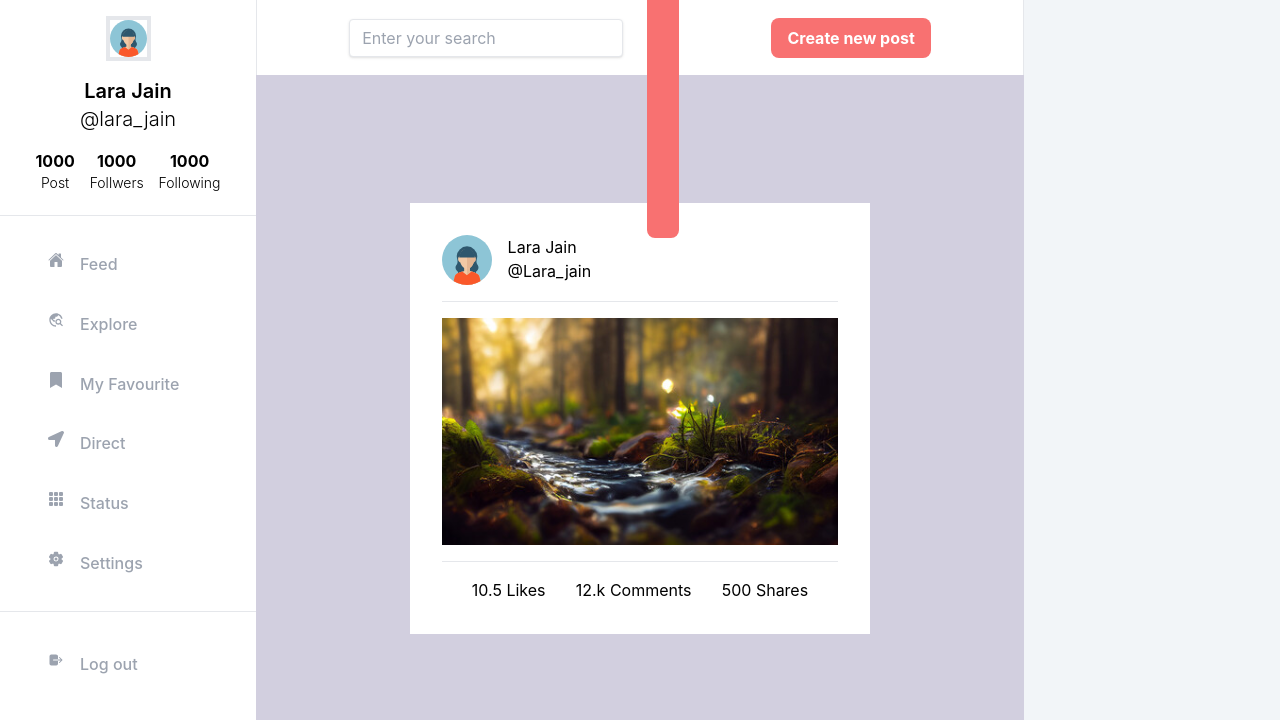
Repository: cosmicswati/upgrad-captions-project
Page: /
The author's editor kept a copy of each file at every save. The page is drawn from the files as they stood at one save, then again after the next save.
The browser window is 1280 px wide. The pictures show the whole page.
An inner scrolling area shows only its first screen. The project was rebuilt for these pictures with package versions that can differ from the ones it lists, and the page was loaded fresh each time. Also part of the build but not shown: src/modules/Home/data.js, src/modules/Authorization/Form.jsx, src/modules/Authorization/index.js.

Above is the page before, as saved 2024-04-12 11:04:28.

### src/index.css
@tailwind base;
@tailwind components;
@tailwind utilities;

body {
  margin: 0;
  font-family: -apple-system, BlinkMacSystemFont, 'Segoe UI', 'Roboto', 'Oxygen',
    'Ubuntu', 'Cantarell', 'Fira Sans', 'Droid Sans', 'Helvetica Neue',
    sans-serif;
  -webkit-font-smoothing: antialiased;
  -moz-osx-font-smoothing: grayscale;
}

code {
  font-family: source-code-pro, Menlo, Monaco, Consolas, 'Courier New',
    monospace;
}

.scrollbar-hide::-webkit-scrollbar{
  display: none;
}

### src/App.js
import React from 'react';
import Routes from './routes'
function App() {
  return (
    <div>
      {/* <Auth />  */}
      <Routes/>
    </div>
  );
}

export default App;

### src/routes/index.js
import React from 'react';
import Home from '../modules/Home';
import Form from '../modules/Authorization'
import { Navigate, Route, Routes as Router } from 'react-router-dom';


const PrivateRoute =({children}) => {
    const isUserLoggedIn = window.localStorage.getItem('user:token') || true
    const isFormPages = window.location.pathname.includes('account')

    if(isUserLoggedIn && !isFormPages){
        return children
    }else if (!isUserLoggedIn && isFormPages){
        return children
    }else{
        const redirectUrl = isUserLoggedIn ? '/' : '/account/signin'
       return <Navigate to={redirectUrl} replace/>
    }

}

const Routes = () => {
    const routes = [
         {
            id : 1,
           name : 'home',
           path : '/',
           Components : <Home/>
         },
         {
            id : 2,
           name : 'sign in',
           path : '/account/signin',
           Components : <Form/>
         },
         {
            id : 3,
           name : 'sign up',
           path : '/account/signup',
           Components : <Form/>
         },
    ]
  return (
    <Router>
        {
            routes.map(({id, name, path, Components}) => {
                return <Route key={id} path={path} element={<PrivateRoute>{Components}</PrivateRoute>} />
            })
        }
    </Router>
  );
};

export default Routes;

### src/modules/Home/index.js
import React from 'react'
import { ReactComponent as Avatar} from '../../assets/Avatar.svg'
import Input from '../../components/Input'
import Button from '../../components/Button'
import postImg from '../../assets/postImg.jpg'
import { IoHome } from "react-icons/io5";
import { MdOutlineTravelExplore } from "react-icons/md";
import { FaBookmark } from "react-icons/fa";
import { FaLocationArrow, FaSearch  } from "react-icons/fa";
import { BsFillGrid3X3GapFill } from "react-icons/bs";
import { IoSettings , IoLogOut} from "react-icons/io5";
import { stats, navigations } from './data'

const Home = () => {
  return (
    <div className='h-screen bg-[#d2cfdf]  flex overflow-hidden'>
        <div className='w-[20%] bg-white flex flex-col'>
            <div className='h-[30%] flex justify-center items-center border-b'>
                <div className='flex flex-col justify-center items-center'>
                    <Avatar width={'45px'} height={'45px'} className='border-4 rounded-fullp-2'/>
                    <div className='my-4 text-center'>
                         <h3 className='text-xl font-semibold'>Lara Jain</h3>
                         <p className='text-xl font-light'>@lara_jain</p>
                    </div>
                    <div className='h-[50px] flex justify-around w-[200px] text-center'>
                        {
                            stats.map(({id, name, stats}) => {
                                return(
                                <div key={id}>
                                  <h4 className='font-bold'>{stats}</h4>
                                 <p className='font-light text-sm'>{name}</p>
                            </div>
                             )
                          })
                        }
                    </div>
                </div>
            </div>
            <div className='h-[55%] flex flex-col justify-evenly pl-12 border-b text-gray-400 text-md font-medium'>
                <div className='flex cursor-pointer hover:text-[#F00F51]'><span className='mr-4'><IoHome /></span>Feed</div>
                <div className='flex cursor-pointer hover:text-[#F00F51]'><span className='mr-4'><MdOutlineTravelExplore /></span>Explore</div>
                <div className='flex cursor-pointer hover:text-[#F00F51]'><span className='mr-4'><FaBookmark /></span>My Favourite</div>
                <div className='flex cursor-pointer hover:text-[#F00F51]'><span className='mr-4'><FaLocationArrow /></span>Direct</div>
                <div className='flex cursor-pointer hover:text-[#F00F51]'><span className='mr-4'><BsFillGrid3X3GapFill /></span>Status</div>
                <div className='flex cursor-pointer hover:text-[#F00F51]'><span className='mr-4'><IoSettings /></span>Settings</div>
            </div>
            <div className='h-[15%] pt-10 text-gray-400 text-md font-medium'>
                <div className='ml-12 cursor-pointer flex hover:text-[#F00F51]'> <span className='mr-4'><IoLogOut /></span>Log out</div>
            </div>
        </div>
        <div className='w-[60%] overflow-scroll h-full scrollbar-hide'>
            <div className='bg-white h-[75px] border-l border-r flex justify-evenly items-center pt-4'>
                 <div className='flex justify-center items-center'>
                    <Input placeholder='Enter your search' className='w-[400px] rounded-full'/>
                    <Button icon={<FaSearch />}  className='mb-4 ml-6  h-[400px] rounded-lg bg-red-400 hover:bg-red-500 '/>
                 </div>
                 <Button icon={<IoHome />} label='Create new post'  className='rounded-lg bg-red-400 hover:bg-red-500 mb-4'/>
            </div>
            <div className='bg-white w-[60%]  mx-auto mt-32 p-8'>
                <div className='border-b flex item-center pb-4 mb-4'>
                    <Avatar width={'50px'} height={'50px'} />
                   <div className='ml-4'>
                   <h3>Lara Jain</h3>
                    <p>@Lara_jain</p>
                   </div>
                </div>
                <div className='border-b pb-4 mb-4'>
                    <img src={postImg} width={'500px'}/>
                </div>
                <div className='flex justify-evenly mt-4'>
                    <div>10.5 Likes</div>
                    <div>12.k Comments</div>
                    <div>500 Shares</div>
                </div>
            </div>
            <div className='bg-white w-[60%]  mx-auto mt-32 p-8'>
                <div className='border-b flex item-center pb-4 mb-4'>
                    <Avatar width={'50px'} height={'50px'} />
                   <div className='ml-4'>
                   <h3>Lara Jain</h3>
                    <p>@Lara_jain</p>
                   </div>
                </div>
                <div className='border-b pb-4 mb-4'>
                    <img src={postImg} width={'500px'}/>
                </div>
                <div className='flex justify-evenly mt-4'>
                    <div>10.5 Likes</div>
                    <div>12.k Comments</div>
                    <div>500 Shares</div>
                </div>
            </div>
        </div>

        <div className='w-[20%] bg-[#F2F5F8]'>

            </div>
    </div>
  )
}

export default Home

### src/components/Input/index.js
import React from 'react'

const Input = ({
    name = '',
    label ='',
    type ='',
    placeholder =''
}) => {
  return (
    <div class="mb-4">
        {
          label &&
          <label class="block text-gray-700 text-sm font-bold mb-2" for={name}>
             {label}
          </label>
        }

        <input class="shadow apperance-none border rounded w-full py-2 px-3
         text-gray-700 leading-tight focus:outline-none focus:shadow-outline"
         id={name} type={type} placeholder={placeholder} />

    </div>
  )

}

export default Input

### src/components/Button/index.js
import React from 'react'

const Button = ({
    label ='',
    className =''
}) => {
  return (
    <button className={`bg-blue-500 hover:bg-blue-700 text-white font-bold py-2 px-4 rounded ${className}`}>
      {label}
  </button>
  )
}

export default Button

### tailwind.config.js
/** @type {import('tailwindcss').Config} */
module.exports = {
 mode:'jit',
 purge: [
  './public/**/*.html',
  './src/**/*.{js,jsx,ts,tsx,vue}',
 ],
  content: [
    "./src/**/*.{js,jsx,ts,tsx}",
  ],
  theme: {
    extend: {},
  },
  plugins: [],
}

Loaded but not shown: public/index.html (common file); src/index.js (common file); src/reportWebVitals.js (common file)

After the next save:
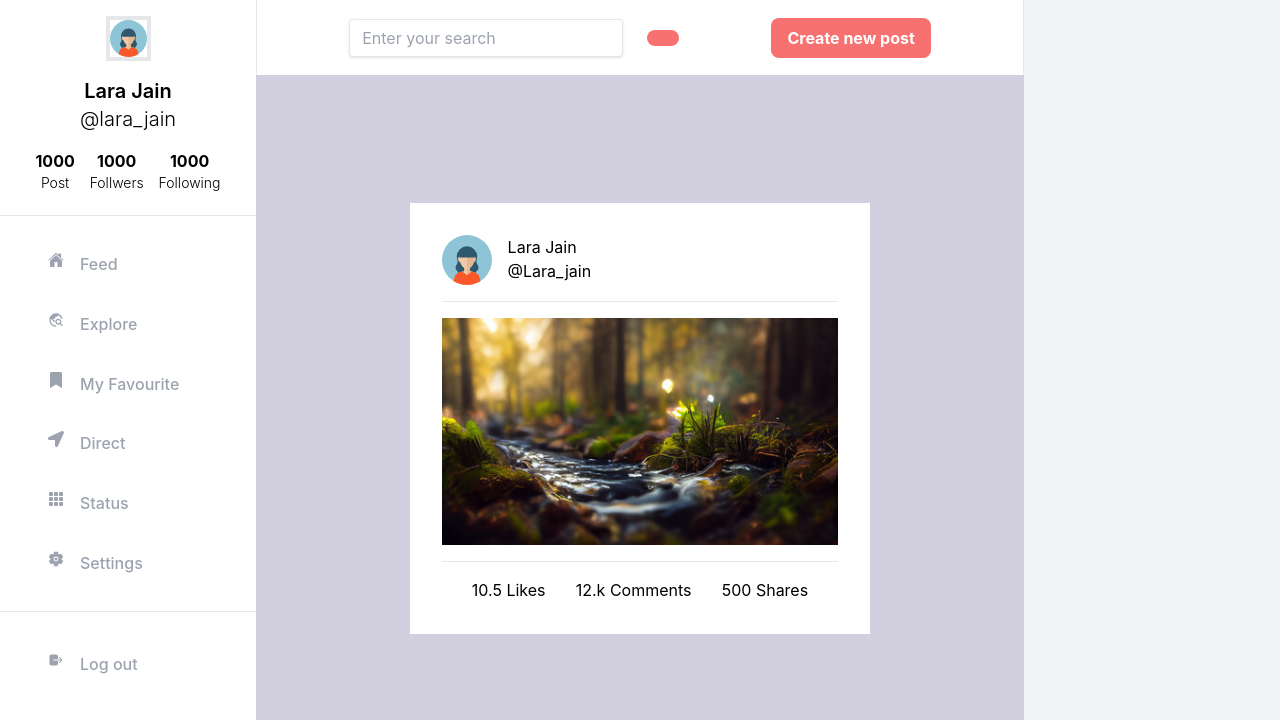
Saved 14 s later.
--- a/src/modules/Home/index.js
+++ b/src/modules/Home/index.js
@@ -52,7 +52,7 @@ const Home = () => {
             <div className='bg-white h-[75px] border-l border-r flex justify-evenly items-center pt-4'>
                  <div className='flex justify-center items-center'>
                     <Input placeholder='Enter your search' className='w-[400px] rounded-full'/>
-                    <Button icon={<FaSearch />}  className='mb-4 ml-6  h-[400px] rounded-lg bg-red-400 hover:bg-red-500 '/>
+                    <Button icon={<FaSearch />}  className='mb-4 ml-6  h-[10px] rounded-lg bg-red-400 hover:bg-red-500 '/>
                  </div>
                  <Button icon={<IoHome />} label='Create new post'  className='rounded-lg bg-red-400 hover:bg-red-500 mb-4'/>
             </div>
